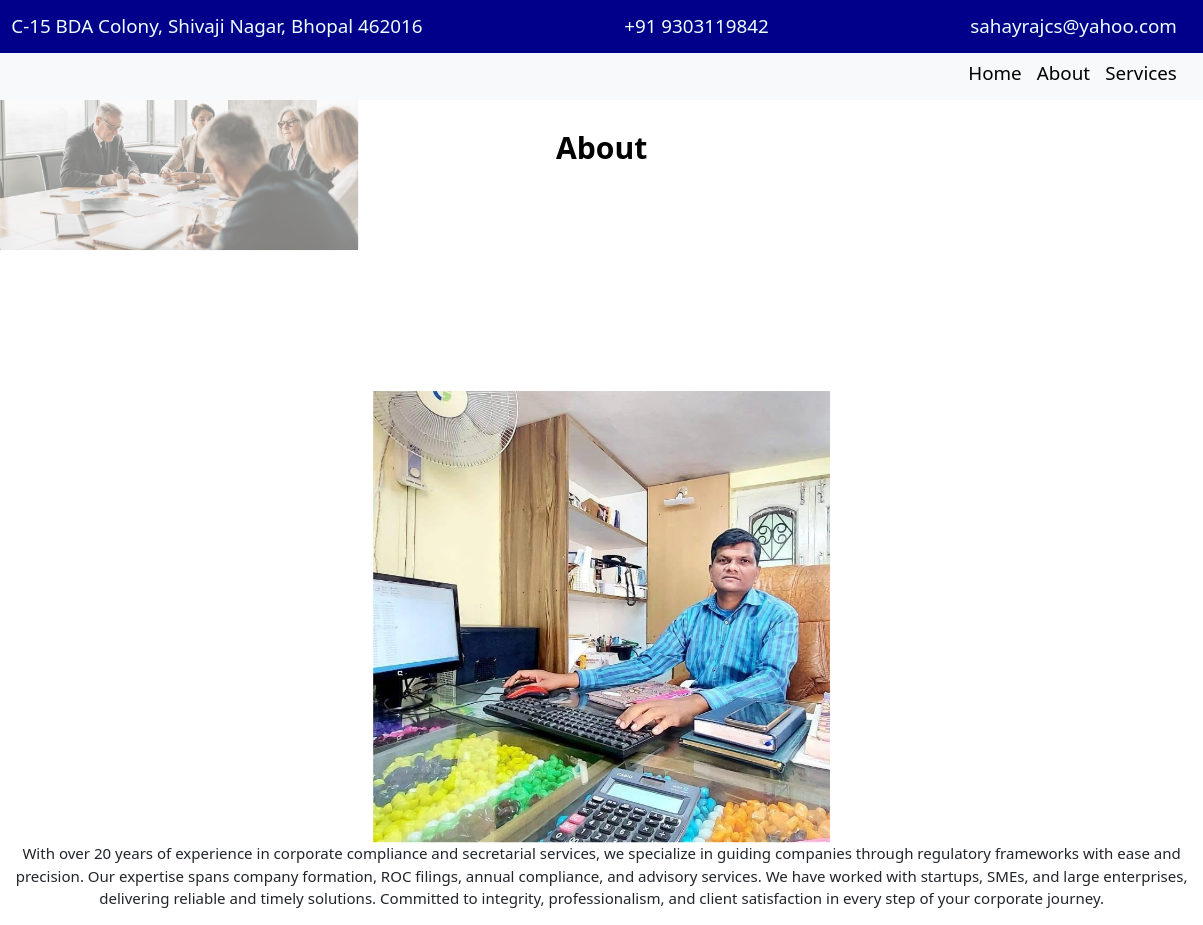
Repository: aayushiss/CS-RSS
Page: about.html
The author's editor kept a copy of each file at every save. The page is drawn from the files as they stood at one save, then again after the next save.
The browser window is 1280 px wide. The pictures show the whole page, at 94% of full size.

Above is the page before, as saved 2025-05-16 20:30:00.

After the next save:
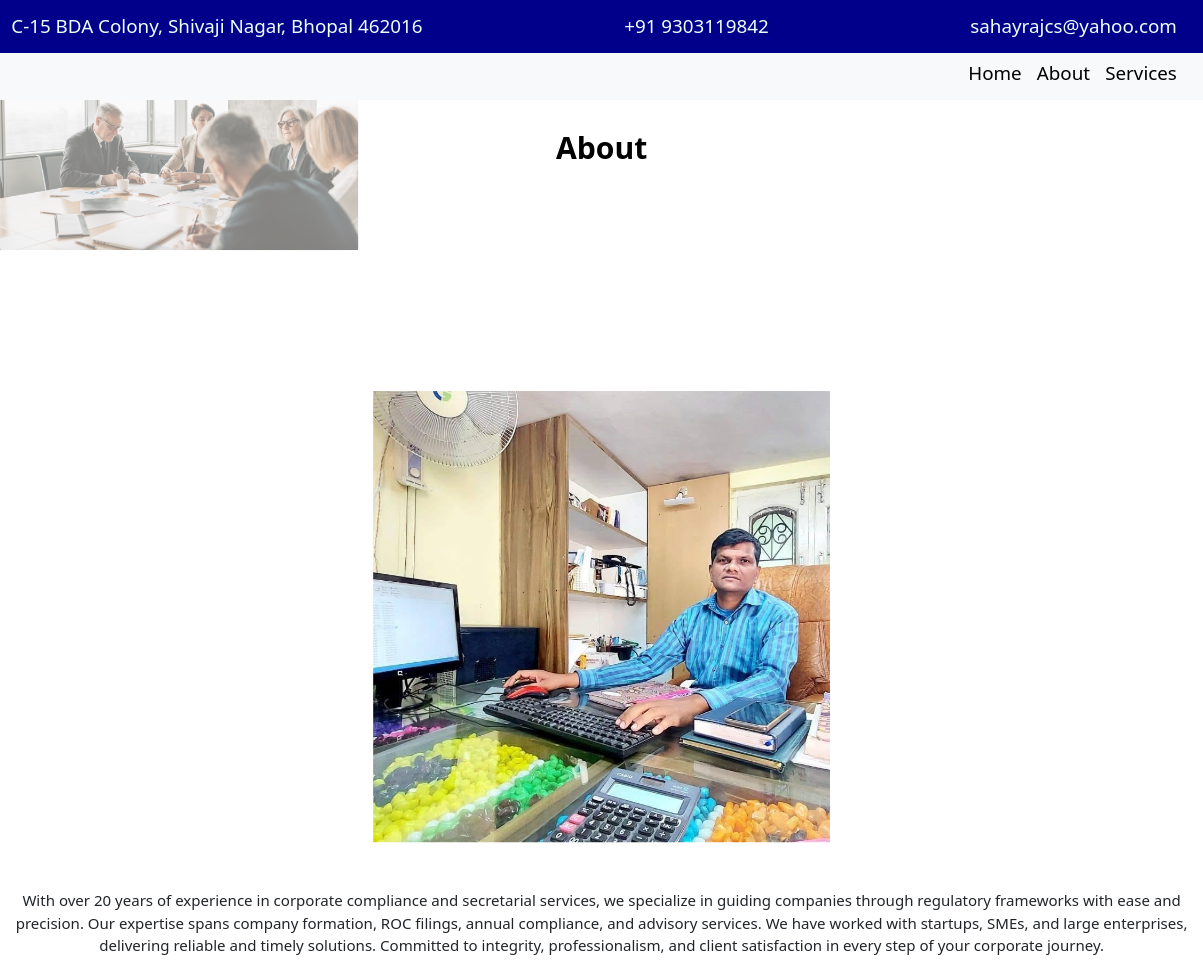
Saved 34 s later.
--- a/about.html
+++ b/about.html
@@ -37,7 +37,7 @@
     </div>
     <div class="text-center">
         <img src="images/AboutImage.jpeg" class="img-fluid" style="height: 30rem;">
-        <p>With over 20 years of experience in corporate compliance and secretarial services, we specialize in guiding companies through regulatory frameworks with ease and precision.
+        <p style="margin-top: 50px;">With over 20 years of experience in corporate compliance and secretarial services, we specialize in guiding companies through regulatory frameworks with ease and precision.
             Our expertise spans company formation, ROC filings, annual compliance, and advisory services.
             We have worked with startups, SMEs, and large enterprises, delivering reliable and timely solutions.
             Committed to integrity, professionalism, and client satisfaction in every step of your corporate journey.</p>
